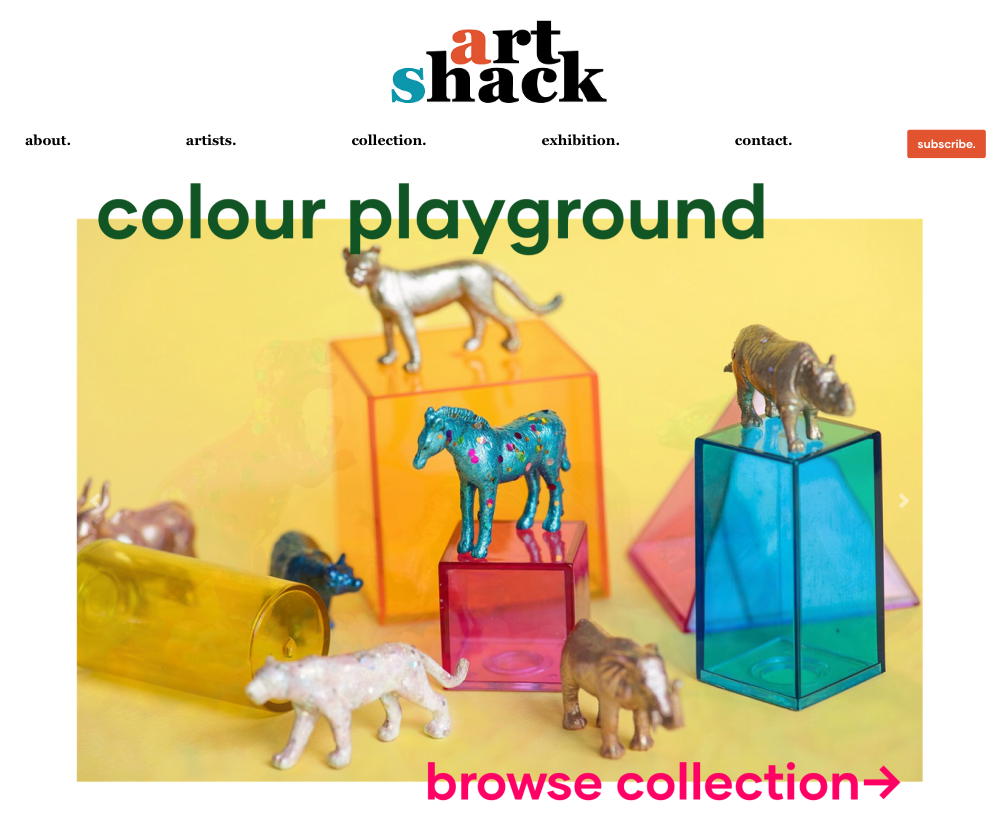
Repository: lynette-lyf/artshack
Page: index.html
The author's editor kept a record of every edit. The page is drawn from the files as they stood at one moment, then again after the next edit.
The browser window is 1280 px wide. The pictures show the whole page, at 78% of full size.

Above is the page before.

### index.html
<!doctype html>
<html lang="en">

<head>
  <!-- Required meta tags -->
  <meta charset="utf-8">
  <meta name="viewport" content="width=device-width, initial-scale=1, shrink-to-fit=no">

  <!-- Bootstrap CSS -->
  <link rel="stylesheet" href="https://stackpath.bootstrapcdn.com/bootstrap/4.3.1/css/bootstrap.min.css" integrity="sha384-ggOyR0iXCbMQv3Xipma34MD+dH/1fQ784/j6cY/iJTQUOhcWr7x9JvoRxT2MZw1T" crossorigin="anonymous">
  <link rel="stylesheet" href="style.css" />
  <link rel="stylesheet" href="https://cdnjs.cloudflare.com/ajax/libs/font-awesome/4.7.0/css/font-awesome.min.css">
  <title>artshack</title>

  <style>
/* font converted using font-converter.net. thank you! */
@font-face {
  font-family: "Georgia-Bold";
  src: url("./fonts/georgiab.eot"); /* IE9 Compat Modes */
  src: url("./fonts/georgiab.eot?#iefix") format("embedded-opentype"), /* IE6-IE8 */
    url("./fonts/georgiab.otf") format("opentype"), /* Open Type Font */
    url("./fonts/georgiab.svg") format("svg"), /* Legacy iOS */
    url("./fonts/georgiab.ttf") format("truetype"), /* Safari, Android, iOS */
    url("./fonts/georgiab.woff") format("woff"), /* Modern Browsers */
    url("./fonts/georgiab.woff2") format("woff2"); /* Modern Browsers */
  font-weight: normal;
  font-style: normal;
}


/* font converted using font-converter.net. thank you! */
@font-face {
  font-family: "GilmerBold";
  src: url("./fonts/GilmerBold.eot"); /* IE9 Compat Modes */
  src: url("./fonts/GilmerBold.eot?#iefix") format("embedded-opentype"), /* IE6-IE8 */
    url("./fonts/GilmerBold.otf") format("opentype"), /* Open Type Font */
    url("./fonts/GilmerBold.svg") format("svg"), /* Legacy iOS */
    url("./fonts/GilmerBold.ttf") format("truetype"), /* Safari, Android, iOS */
    url("./fonts/GilmerBold.woff") format("woff"), /* Modern Browsers */
    url("./fonts/GilmerBold.woff2") format("woff2"); /* Modern Browsers */
  font-weight: normal;
  font-style: normal;
}

    .logo {
      width: 280px;
    }

    /*Custom BootStrap4 CSS Styling credits to Saranya Rajendran @ https://stackoverflow.com/questions/49400853/how-to-change-navbar-hover-color-on-bootstrap-4/49405726*/

    .navbar-light .navbar-brand {
      color: black;
    }

    .navbar-light .navbar-nav .active>.nav-link,
    .navbar-light .navbar-nav .nav-link.active,
    .navbar-light .navbar-nav .nav-link.show,
    .navbar-light .navbar-nav .show>.nav-link {
      color: black;
    }

    .navbar-light .navbar-nav .nav-link {
      color: black;
    }

    .navbar-light .navbar-nav .nav-link-about,
    .navbar-light .navbar-nav .nav-link-artists,
    .navbar-light .navbar-nav .nav-link-collection,
    .navbar-light .navbar-nav .nav-link-exhibition,
    .navbar-light .navbar-nav .nav-link-contact {
      color: black;
    }

    .navbar-light .navbar-nav .nav-link-about:hover,
    .navbar-light .navbar-nav .nav-link-contact:hover {
      color: rgb(13, 151, 172) !important;
      text-decoration: none;
    }

    .navbar-light .navbar-nav .nav-link-artists:hover {
      color: rgb(6, 81, 37) !important;
      text-decoration: none;
    }

    .navbar-light .navbar-nav .nav-link-collection:hover {
      color: rgb(221, 160, 51) !important;
      text-decoration: none;
    }

    .navbar-light .navbar-nav .nav-link-exhibition:hover {
      color: rgb(226, 83, 47) !important;
      text-decoration: none;
    }

    .navbar ul {
      display: flex;
      align-items: stretch;
      /* Default */
      justify-content: space-between;
      width: 100%;
      background: #fff;
      margin: 0;
      padding: 0;
    }

    .navbar li {
      display: block;
      flex: 0 1 auto;
      /* Default */
      list-style-type: none;
      background: #fff;
    }

    .navbar .nav-item-subscribe {
      color: white;
    }

    .navbar {
      font-family: Georgia-Bold;
      color: black;
      font-size: 18px;
    }

    form {
      font-family: GilmerBold;
    }

    .form-group .form-control {
      background-color: rgb(6, 81, 37);
      color: white;
    }

    .btn {
      font-family: GilmerBold;
      font-size: 15px;
      color: white;
      background-color: rgb(226, 83, 47);
    }

    .btn:hover {
      color: white;
      background-color: rgb(13, 151, 172);
    }

    .btn:focus {
      color: orange;
    }


  </style>
  </head>

  <header>
    <!--Logo with navigation to Home Page-->
  <div class="container-fluid">
    <div class="logo mx-auto pt-4">
      <a href="#"><img class="img-fluid" src="images/logo.png"></img></a>
    </div>

  </div>

  <div class="container-fluid pl-0 pr-0">
    <!--Navbar credits to https://getbootstrap.com/docs/4.3/components/navbar/-->
    <nav class="navbar navbar-expand-lg navbar-light bg-nobg">
      <a class="navbar-brand" href="#"></a>
      <button class="navbar-toggler" type="button" data-toggle="collapse" data-target="#navbarNav" aria-controls="navbarNav" aria-expanded="false" aria-label="Toggle navigation">
    <span class="navbar-toggler-icon"></span>
  </button>
      <div class="collapse navbar-collapse" id="navbarNav">
        <ul class="navbar-nav">
          <li class="nav-item active">
            <a class="nav-link-about" href="about.html">about.</a>
          </li>
          <li class="nav-item">
            <a class="nav-link-artists" href="artists.html">artists.</a>
          </li>
          <li class="nav-item">
            <a class="nav-link-collection" href="#collection">collection.</a>
          </li>
          <li class="nav-item">
            <a class="nav-link-exhibition" href="#current-exhibition">exhibition.</a>
          </li>
          <li class="nav-item">
            <a class="nav-link-contact" href="#contact">contact.</a>
          </li>
          <!--Modal credits to https://mdbootstrap.com/docs/jquery/modals/forms/-->
          <li class="nav-item-subscribe">
            <a class="btn btn-default btn-rounded mb-4" data-toggle="modal" data-target="#modalSubscriptionForm">subscribe.</a>
          </li>
          <div class="modal fade" id="modalSubscriptionForm" tabindex="-1" role="dialog" aria-labelledby="myModalLabel" aria-hidden="true">
            <div class="modal-dialog" role="document">
              <div class="modal-content">
                <div class="modal-header text-center" style="color: white;background-color:rgb(221,160,51);">
                  <h4 class="modal-title">Subscribe to our Newsletter
                    <div style="font-size: 14px">(& get exclusive invitations to
                      <div> our exhibition openings!)</div>
                    </div>
                  </h4>
                  <button type="button" class="close" data-dismiss="modal" aria-label="Close">
          <span aria-hidden="true">&times;</span>
        </button>
                </div>
                <div class="modal-body" style="color: white;background-color:rgb(6,81,37);">
                  <div class="md-form mb-1 mt-2 mx-3">
                    <input type="text" id="form3" class="form-control validate">
                    <label data-error="wrong" data-success="right" for="form3">name</label>
                  </div>

                  <div class="md-form mx-3">
                    <input type="email" id="form2" class="form-control validate">
                    <label data-error="wrong" data-success="right" for="form2">email address</label>
                  </div>

                </div>
                <div class="modal-footer d-flex justify-content-center" style="color: white;background-color:rgb(226,83,47);>
        <button type="button" class="btn">Subscribe</button>
      </div>
    </div>
  </div>
</div>
        </ul>
      </div>
    </nav>
</header>


<body>
  <div class="container-fluid ">
    <div class="col ">
      <div class="row-md " id="image-gallery ">
<!--Carousel credits to https://getbootstrap.com/docs/4.3/components/carousel/-->
<div id="carouselExampleFade" class="carousel slide carousel-fade" data-ride="carousel">
  <div class="carousel-inner">
    <a href="#collection"><div class="carousel-item active">
      <img src="images/gallery3.png" class="d-block w-100" alt="...">
    </div>
    <div class="carousel-item">
      <img src="images/gallery6.png" class="d-block w-100" alt="...">
    </div>
    <div class="carousel-item">
      <img src="images/gallery5.png" class="d-block w-100" alt="...">
    </div>
    <div class="carousel-item">
      <img src="images/gallery4.png" class="d-block w-100" alt="...">
    </div>
  </div>
  <a class="carousel-control-prev" href="#carouselExampleFade" role="button" data-slide="prev">
    <span class="carousel-control-prev-icon" aria-hidden="true"></span>
    <span class="sr-only">Previous</span>
  </a>
  <a class="carousel-control-next" href="#carouselExampleFade" role="button" data-slide="next">
    <span class="carousel-control-next-icon" aria-hidden="true"></span>
    <span class="sr-only">Next</span>
  </a>
</div>
</a>
          </div>









                      <!-- Optional JavaScript -->
                <!-- jQuery first, then Popper.js, then Bootstrap JS -->
                <script src="https://code.jquery.com/jquery-3.3.1.slim.min.js " integrity="sha384-q8i/X+965DzO0rT7abK41JStQIAqVgRVzpbzo5smXKp4YfRvH+8abtTE1Pi6jizo " crossorigin="anonymous ">
                </script>
                <script src="https://cdnjs.cloudflare.com/ajax/libs/popper.js/1.14.7/umd/popper.min.js " integrity="sha384-UO2eT0CpHqdSJQ6hJty5KVphtPhzWj9WO1clHTMGa3JDZwrnQq4sF86dIHNDz0W1 " crossorigin="anonymous ">
                </script>
                <script src="https://stackpath.bootstrapcdn.com/bootstrap/4.3.1/js/bootstrap.min.js " integrity="sha384-JjSmVgyd0p3pXB1rRibZUAYoIIy6OrQ6VrjIEaFf/nJGzIxFDsf4x0xIM+B07jRM " crossorigin="anonymous ">
                </script>
</body>
</html>

Loaded but not shown: style.css (no stored copy; drawn as an empty file)

After the next edit:
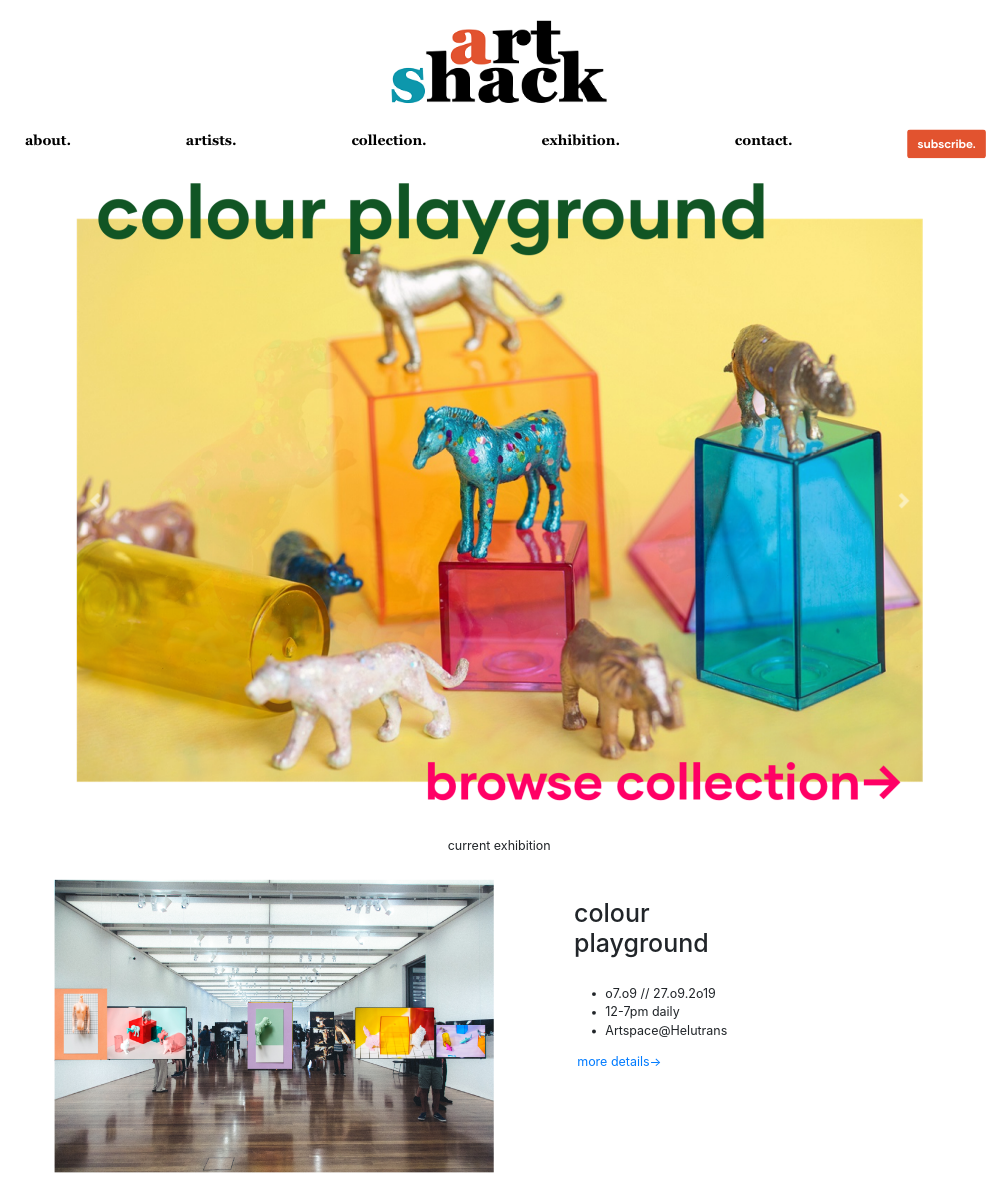
The edit:
--- a/index.html
+++ b/index.html
@@ -255,6 +255,29 @@
 </div>
 </a>
           </div>
+<!--Current exhibition section-->
+          <div class="container-fluid-exhibition mt-3 ">
+            <div class="row ">
+              <div class="col text-center my-2 mx-3 " id="current-exhibition">current exhibition</div>
+            </div>
+
+            <div class="row ">
+              <div class="col-sm-10 col-md-10 col-lg-6 my-2 mx-4 "><img class="img-fluid p-3 " src="images/exhibition.png "></div>
+
+              <div class="row ">
+                <div class="col-sm-12 col-sm-12 col-lg-8 m-5 ">
+                  <h2>colour playground</h2>
+                  <div class="row mx-3 my-3 row-sm-5 row-md-4 row-lg-4 "></div>
+                  <ul>
+                    <li>o7.o9 // 27.o9.2o19</li>
+                    <li>12-7pm daily</li>
+                    <li>Artspace@Helutrans</li>
+                  </ul>
+                  <div class="row mx-1 my-3 "><a href='https://www.artporters.com/wp-content/uploads/2019/08/Colour-Playground-Catalogue-1.pdf'>more details→</a>
+                  </div>
+                </div>
+</div>
+</div>
 
 
 
